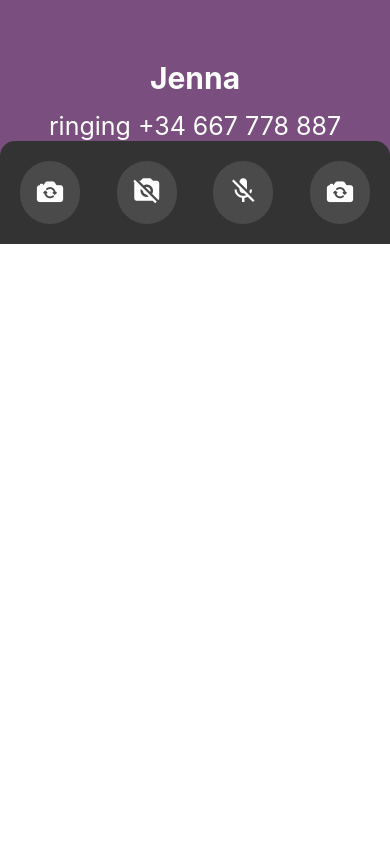
Repository: JennaFi/VideoCallApp
Screen: /
The author's editor kept a copy of each file at every save. The screen is drawn from the files as they stood at one save, then again after the next save.
The app was drawn by React Native's web renderer in a window 390 px wide. The project was rebuilt for these pictures with package versions that can differ from the ones it lists, and the page was loaded fresh each time.

Above is the screen before, as saved 2022-01-12 00:20:35.

After the next save:
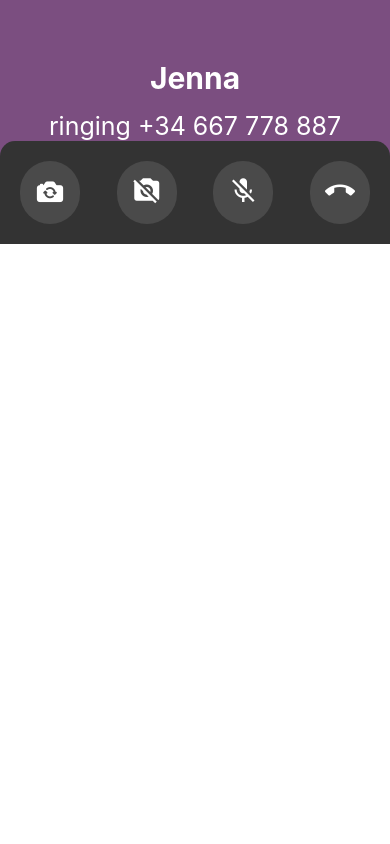
Saved 55 s later.
--- a/src/screens/CallingScreen/index.js
+++ b/src/screens/CallingScreen/index.js
@@ -24,7 +24,7 @@ const CallingScreen = () => {
         </View>
 
         <View style={styles.iconButton}>
-          <Ionicons name='ios-camera-reverse' size={30} color={'white'} />
+          <MaterialIcons name='phone-hangup' size={30} color={'white'} />
         </View>
 
       </View>
